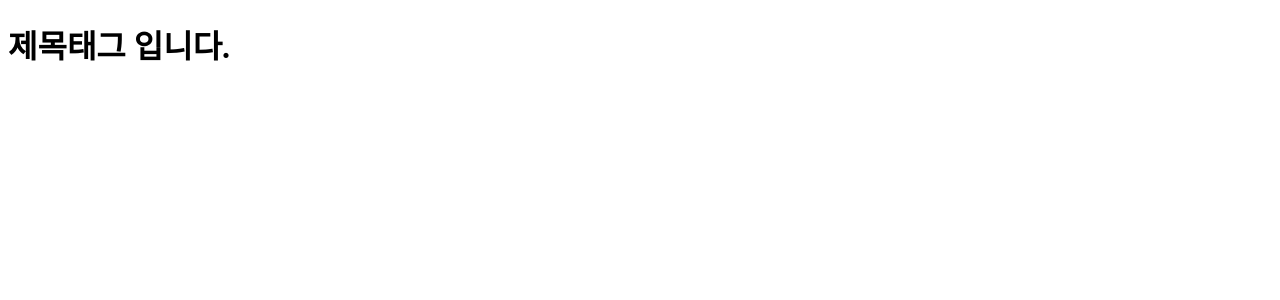
Repository: Devhyeongseon/Academy_Jsp
Page: JSPBasic/src/main/webapp/HTML/index01_P.html
These files come from the project's save history. The page is drawn as it stood at one moment and after the next save; the edit follows.
The browser window is 1280 px wide. The pictures show the whole page.

Above is the page before, as saved 2024-01-09 08:28:16.

After the next save:
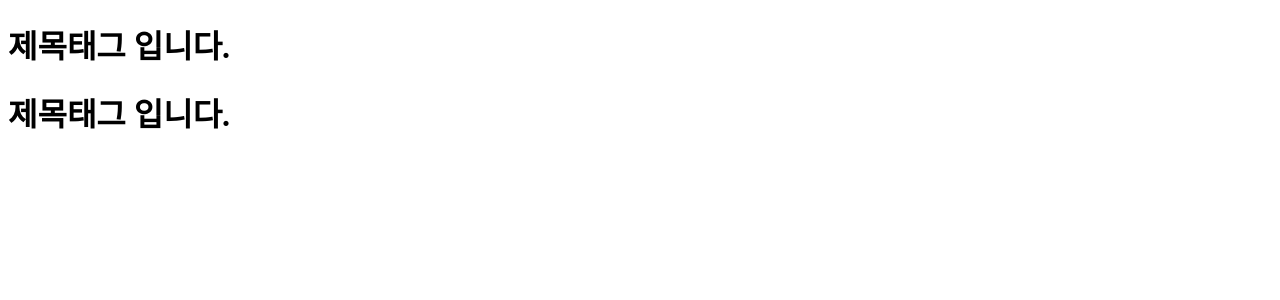
Saved 10 s later.
--- a/JSPBasic/src/main/webapp/HTML/index01_P.html
+++ b/JSPBasic/src/main/webapp/HTML/index01_P.html
@@ -6,9 +6,7 @@
 	<title>Insert title here</title>
 </head>
 
-	<h1> 제목태그 입니다.
-
-	</h1>
+	<h1> 제목태그 입니다.</h1><h1> 제목태그 입니다.</h1>
 
 <body>
 
